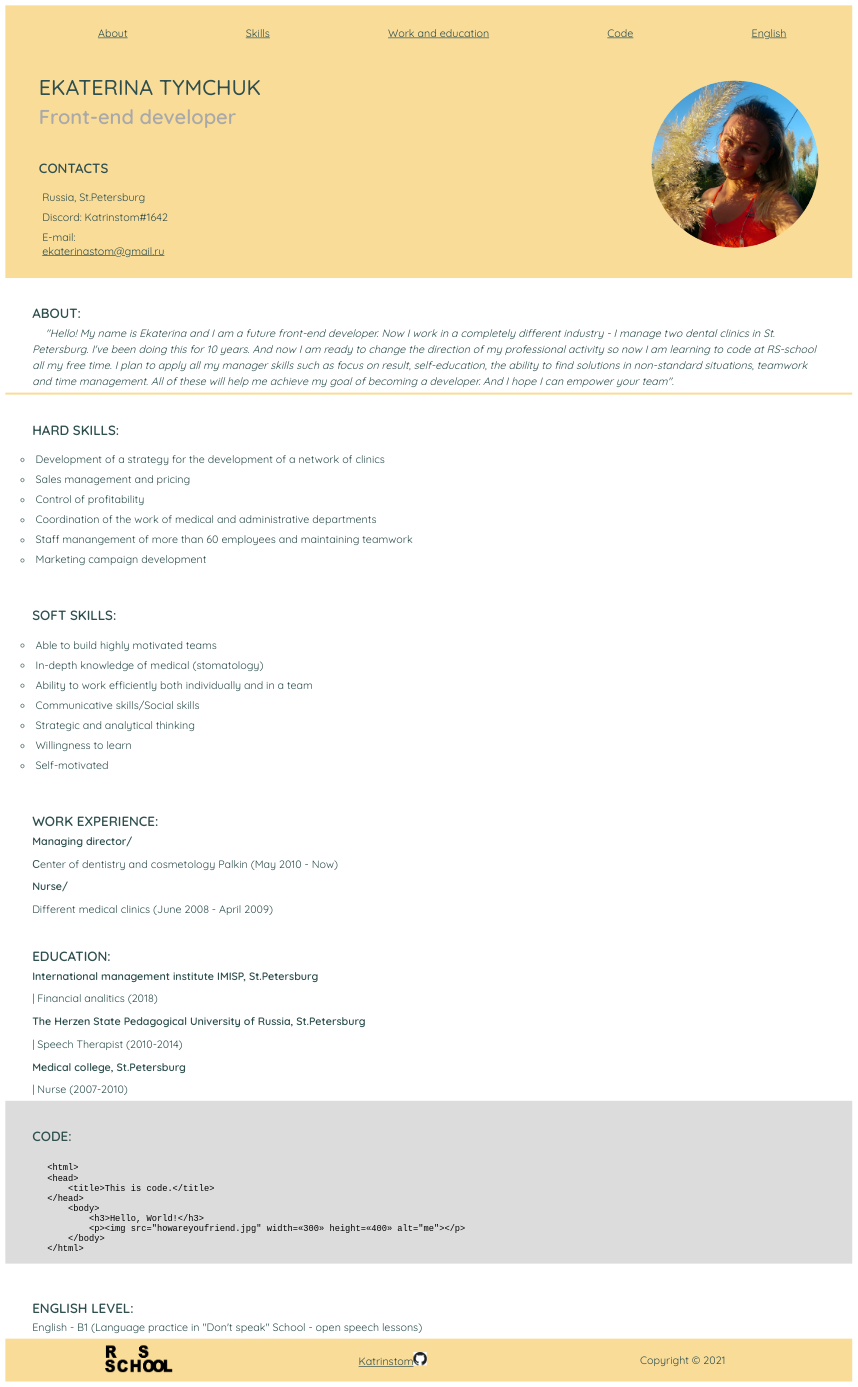
Repository: Katrinstom/rsschool-cv
Page: index.html
These files come from the project's save history. The page is drawn as it stood at one moment and after the next save; the edit follows.
The browser window is 1280 px wide. The pictures show the whole page, at 67% of full size.

Above is the page before, as saved 2022-01-02 19:42:30.

### index.html
<!DOCTYPE html>
<html lang="en">
<head>
    <meta charset="UTF-8">
    <meta http-equiv="X-UA-Compatible" content="IE=edge">
    <meta name="viewport" content="width=device-width, initial-scale=1.0">
    <title>CV</title>
    <link type="text/css" rel="stylesheet" href="style.css"/>
    <link rel="preconnect" href="https://fonts.googleapis.com">
<link rel="preconnect" href="https://fonts.gstatic.com" crossorigin>
<link href="https://fonts.googleapis.com/css2?family=Quicksand:wght@400;500;600&display=swap" rel="stylesheet">
</head>
<body>
    <header class="bigblock section">
            <nav class="nav">
                <ul class="navlist">
                    <li class="nav-item"><a href="#about">About</a></li>
                    <li class="nav-item"><a href="#skills">Skills</a></li>
                    <li class="nav-item"><a href="#workandeducation">Work and education</a></li>
                    <li class="nav-item"><a href="#code">Code</a></li>
                    <li class="nav-item"><a href="#english">English</a></li>
                </ul>
            </nav>
                <img class="pic" src="images/1909_oooo.plus.png" alt="itsme" width="250" height="250">
                <h1>Ekaterina Tymchuk</h1>
                <h2>Front-end developer</h2>
                <h4>Contacts</h4>
                <ul class="nonumber">
                    <li>Russia, St.Petersburg</li>
                    <li>Discord: Katrinstom#1642</li>
                    <li>E-mail:<a href="mailto:ekaterinastom@gmail.ru"> ekaterinastom@gmail.ru</a></li>
                </ul>
        </header>
    <main class="section">
        <article>
            <div class="about" id="about">
                <h4>About:</h4>
                <p>"Hello! My name is Ekaterina and I am a future front-end developer. Now I work in a completely different industry - I manage two dental clinics in St. Petersburg. I've been doing this for 10 years. And now I am ready to change the direction of my professional activity so now I am learning to code at RS-school all my free time. I plan to apply all my manager skills such as focus on result, self-education, the ability to find solutions in non-standard situations, teamwork and time management. All of these will help me achieve my goal of becoming a developer. And I hope I can empower your team".</p>
            </div>
        </article>
        <section>
            <div class="skills" id="skills">
                <h4>Hard skills:</h4>
                <ul>
                    <li>Development of a strategy for the development of a network of clinics</li>
                    <li>Sales management and pricing</li>
                    <li>Control of profitability</li>
                    <li>Coordination of the work of medical and administrative departments</li>
                    <li>Staff manangement of more than 60 employees and maintaining teamwork</li>
                    <li>Marketing campaign development</li>
                </ul>
            </div>
            <div class="skills" id="skills">
                <h4>Soft skills:</h4>
                <ul>
                    <li>Able to build highly motivated teams</li>
                    <li>In-depth knowledge of medical (stomatology)</li>
                    <li>Ability to work efficiently both individually and in a team</li>
                    <li>Communicative skills/Social skills</li>
                    <li>Strategic and analytical thinking</li>
                    <li>Willingness to learn</li>
                    <li>Self-motivated</li>
                </ul>
            </div>
        </section>
        <section>
            <div style="clear:both"></div>
            <div class="workandeducation" id="workandeducation">
                <h4>Work experience:</h4>
                <b>Managing director/</b>
                <p>Сenter of dentistry and cosmetology Palkin (May 2010 - Now)</p>
                <b>Nurse/</b>
                <p>Different medical clinics (June 2008 - April 2009)</p>
            </div>
            <div class="workandeducation" id="workandeducation">
                <h4>Education:</h4>
                <b>International management institute IMISP, St.Petersburg</b>
                <p>| Financial analitics (2018)</p>
                <b>The Herzen State Pedagogical University of Russia, St.Petersburg</b>
                <p>| Speech Therapist (2010-2014)</p>
                <b>Medical college, St.Petersburg</b>
                <p>| Nurse (2007-2010)</p>
            </div>
        </section>
        <section>
            <div class="code" id="code">
                <h4>Code:</h4>
                <pre><code>
        &LT;html&GT;
        &LT;head&GT;
            &LT;title&GT;This is code.&LT;/title&GT;
        &LT;/head&GT;
            &LT;body&GT;
                &LT;h3&GT;Hello, World!&LT;/h3&GT;
                &LT;p&GT;&LT;img src="howareyoufriend.jpg" width=«300» height=«400» alt="me"&GT;&LT;/p&GT;
            &LT;/body&GT;
        &LT;/html&GT;
                </code></pre>
            </div>
            <div class="english" id="english">
            <h4>English level:</h4>
            <p>English - B1 (Language practice in "Don't speak" School - open speech lessons)</p>
            </div>
        </section>
    </main>
        <footer class="footer section">
            <div class="flexcont">
                <a href="https://rs.school/js/"><img src="images/logo-rsschool3.png" alt="logo-rsschool3" width="100" height="40"></a>
                <a href="https://github.com/Katrinstom">Katrinstom<img src="images/gitpic.png" alt="gitlogo" width="20" height="20"></a>
                <p>Copyright © 2021</p>
             </div>
        </footer>
</body>
</html>

### style.css
html {
    scroll-behavior: smooth;
}
.section {
    max-width: 1280px;
    margin: 0 auto;
}
.bigblock {
    height: auto;
    background-color: #f9dc98;
    padding: 10px;
}
.navlist {
    display: flex;
    justify-content: space-around;
    align-items: center;
}
.nav-item {
    list-style: none;
}
body {
    font-family: 'Quicksand', sans-serif;
}
h1 {
  padding: 30px 40px 5px;
  text-align: left;
  font-family:'Quicksand', sans-serif;
  font-weight: 500;
  font-size: 32px;
  text-transform: uppercase;
  color:darkslategray;
  margin: 0;
}
h2 {
    padding: 0px 40px 5px;
    text-align: left;
    font-family:'Quicksand', sans-serif;
    font-size: 30px;
    color:darkgrey;
    margin: 0;
}
h3 {
    padding: 0px 40px 5px;
    text-align: left;
    font-family:'Quicksand', sans-serif;
    font-size: 25px;
    color:darkgrey;
    margin: 0;
}
h4 {
    font-family:'Quicksand', sans-serif;
    font-size: 20px;
    text-transform: uppercase;
    padding: 40px 40px 0px;
    text-align: left;
    color: darkslategray;
    margin: 0;
}
ul {
    list-style-type:circle;
    padding: auto;
}
.nonumber {
    list-style-type:none;
}
li {
    text-align: left;
    color: darkslategray;
    font-family: 'Quicksand', sans-serif;
    margin: 0;
    padding: 5px 5px 5px;
}
.about {
    border-bottom: solid 3px #f9dc98;
}
.about p {
    text-align: left;
    color: darkslategray;
    font-family: 'Quicksand', sans-serif;
    font-style: italic;
    margin: 0;
    height: auto;
    width: auto;
    padding: 5px 40px 5px;
    line-height: 1.5;
    text-indent: 20px;
}
.english {
    text-align: left;
    color: darkslategray;
    margin: 0;
    height: auto;
    width: auto;
    padding: 0;
}
.skills {
    text-align: left;
    color: darkslategray;
    font-family: 'Quicksand', sans-serif;
    margin: 0;
    height: auto;
    width: 50%;
    padding: 0;
}
.workandeducation {
    text-align: left;
    color: darkslategray;
    font-family: 'Quicksand', sans-serif;
    margin: 0;
    height: auto;
    width: 50%;
    padding: 0;
}
.pic {
    border-radius: 50%;
    float: right;
    padding: 40px;
}
p, b {
    display: block;
    text-align: left;
    color: darkslategray;
    font-family: 'Quicksand', sans-serif;
    margin: 0;
    height: auto;
    width: auto;
    padding: 5px 40px 5px;
    line-height: 1.5;
}
.code {
    text-align: left;
    background-color: gainsboro;
    display: block;
}
.flexcont {
    display: flex;
    flex-direction: row;
    justify-content: space-around;
    align-items: center;
}
a {
    display: block;
}
li a {
    color: darkslategray;
}
footer a {
    color: darkslategray;
}
.footer {
    height: auto;
    background-color: #f9dc98;
    padding: 10px;
}

After the next save:
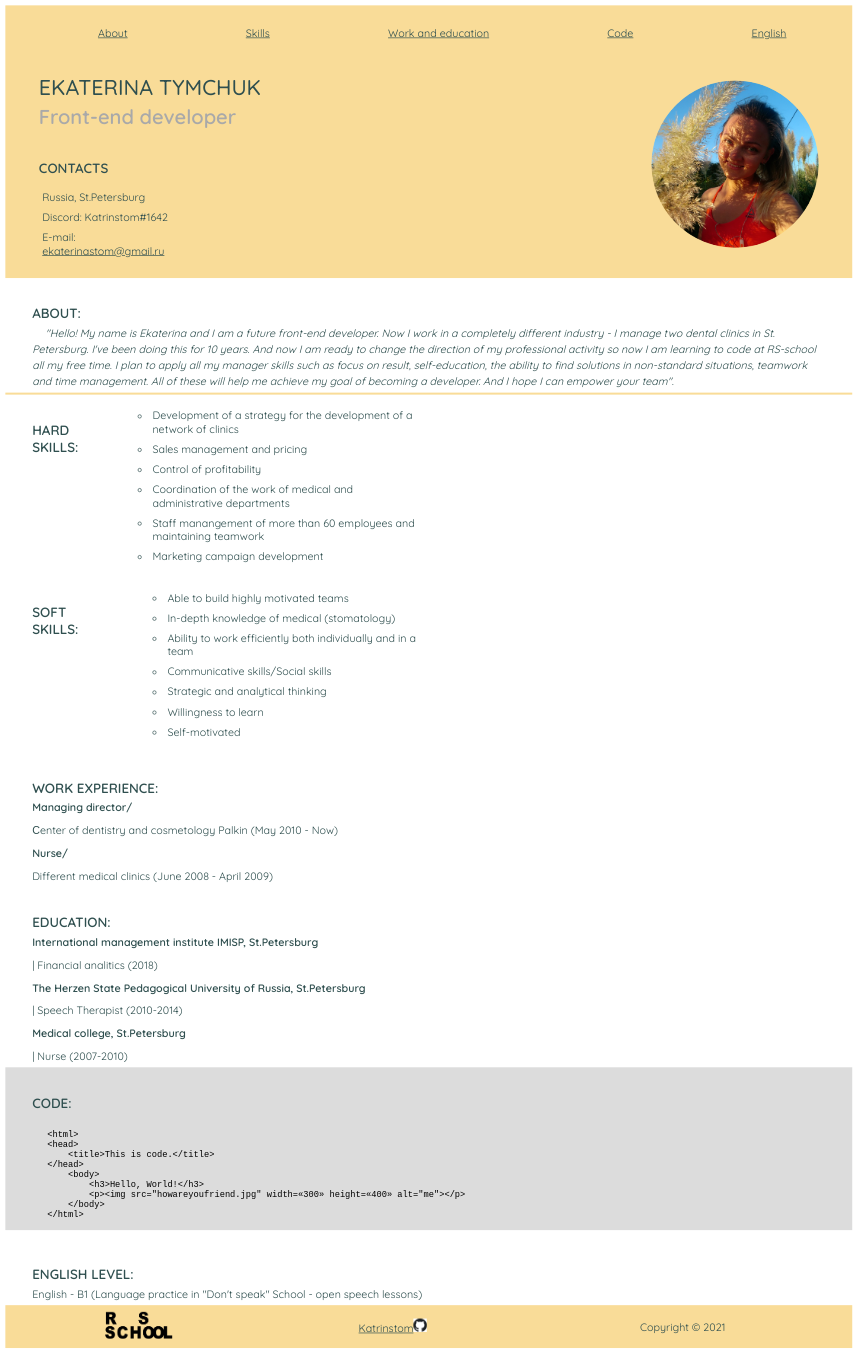
Saved 5 min 3 s later.
--- a/style.css
+++ b/style.css
@@ -9,6 +9,9 @@ html {
     height: auto;
     background-color: #f9dc98;
     padding: 10px;
+}
+.nav {
+    background-color: ;
 }
 .navlist {
     display: flex;
@@ -101,6 +104,8 @@ li {
     height: auto;
     width: 50%;
     padding: 0;
+    display: flex;
+    justify-content: space-around;
 }
 .workandeducation {
     text-align: left;
